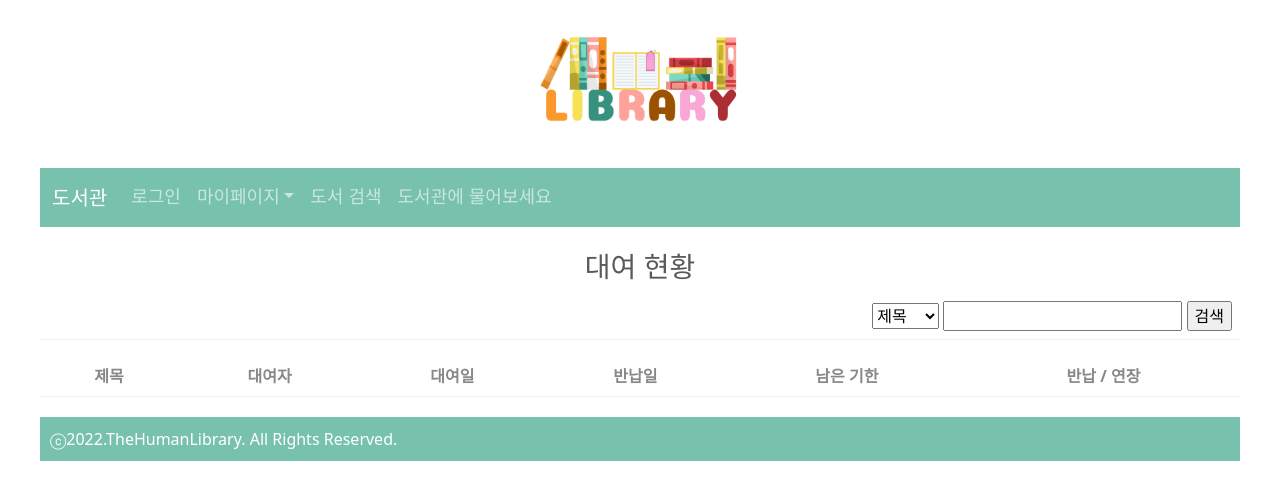
Repository: ahnbin00/Library
Page: http://localhost/BookRental/WEB-INF/book/manageRentalList.jsp
The author's editor kept a copy of each file at every save. The page is drawn from the files as they stood at one save, then again after the next save.
The browser window is 1280 px wide. The pictures show the whole page.
Some web fonts or font styles are not loaded; a fallback is used. Some web libraries are served in a nearby version. The page is served by Tomcat 9. Nobody is signed in. Other server files are loaded and not shown. The template is opened directly, without the code that normally fills it, so the values that code supplies are empty.

Above is the page before, as saved 2022-12-22 06:48:59.

### BookRental/src/main/webapp/WEB-INF/book/manageRentalList.jsp
<%@page import="java.util.List"%>

<%@ page language="java" contentType="text/html; charset=UTF-8"
   pageEncoding="UTF-8"%>
    <%@ taglib prefix="c" uri="http://java.sun.com/jsp/jstl/core" %>
<!DOCTYPE html>
<html>
<head>
<meta charset="UTF-8">
<link rel="stylesheet"
   href="resources/bootstrap.css">
   <link rel="stylesheet" href="https://cdn.jsdelivr.net/npm/bootstrap-icons@1.7.1/font/bootstrap-icons.css">
<title>대여 현황</title>
<style type="text/css">
@import url('https://fonts.googleapis.com/css2?family=Jua&display=swap');

</style>
</head>
<body style="width:1200px; text-align:center; margin: 0 auto;">

	<header>
		<h1 style="text-align: center; padding-top: 30px; padding-bottom: 30px;"><img alt="로고" src="resources/logo.png" width="200px" height="100px"></h1>
	</header>

	<nav>
		<%@ include file="/WEB-INF/book/banner.jsp" %>
   	</nav>
   <br>

   <h3>대여 현황</h3>

   <!-- 검색 시작 -->
   <form action="getRentalList.do" method="get">
      <table class="table">
         <tr>
            <td align="right">
               <select name="searchCondition">
                  <option value="TITLE">제목</option>
                  <option value="ID">아이디</option>
                  <option value="ISBN">ISBN</option>
               </select>
               <input type="text" name="searchKeyword">
               <input type="submit" value="검색">
            </td>
         </tr>
      </table>
   </form>

   <!-- 목록 출력 -->
   <table class="table">
      <tr>
      <th>제목</th>
      <th>대여자</th>
      <th>대여일</th>
      <th>반납일</th>
      <th>남은 기한</th>
      <th>반납 / 연장</th>
      </tr>
      <c:forEach var="rentalList" items="${rentalList }">
         <tr>
               <td>${rentalList.title }</td>
               <td>${rentalList.id }</td>
               <td>${rentalList.rentday }</td>
               <td>${rentalList.returnday }</td>
               		<c:choose>
						<c:when test="${rentalList.restday >= 0}">
							<td>${rentalList.restday } 일</td>
							 <td>
				                <button type="button" class="btn btn-danger" onclick="location.href='deleteRental.do?rentalseq=${rentalList.rentalseq}&isbn=${rentalList.isbn}'">반납</button>
				                <button type="button" class="btn btn-warning" onclick="location.href='extendRental.do?rentalseq=${rentalList.rentalseq}'">연장</button>
				             </td>
						</c:when>
						<c:otherwise>
							<td style="color: red;">${rentalList.restday } 일(연체)</td>
							<td>
				                <button type="button" class="btn btn-danger" onclick="location.href='deleteRental.do?rentalseq=${rentalList.rentalseq}&isbn=${rentalList.isbn}'">반납</button>
				             </td>
						</c:otherwise>
					</c:choose>
          </tr>
       </c:forEach>
   </table>
   </div>

   <%@ include file="/WEB-INF/book/footer.jsp" %>
</body>
</html>

### BookRental/src/main/webapp/WEB-INF/book/banner.jsp
<%@ page language="java" contentType="text/html; charset=UTF-8"
   pageEncoding="UTF-8"%>
<%@ taglib prefix="c" uri="http://java.sun.com/jsp/jstl/core" %>
<!DOCTYPE html>
<html>
<head>
<meta charset="UTF-8">
<link rel="stylesheet"
   href="../resources/bootstrap.css">
   <script src="https://cdn.jsdelivr.net/npm/bootstrap@5.2.2/dist/js/bootstrap.bundle.min.js" integrity="sha384-OERcA2EqjJCMA+/3y+gxIOqMEjwtxJY7qPCqsdltbNJuaOe923+mo//f6V8Qbsw3" crossorigin="anonymous"></script>
<title>상단 메인 배너</title>
<style type="text/css">
@import url('https://fonts.googleapis.com/css2?family=Jua&display=swap');
body ul, a{
font-family: 'Jua', sans-serif;
}
</style>
</head>
<body style="width:1200px;">
<nav class="navbar navbar-expand-lg navbar-dark bg-primary">
  <div class="container-fluid">
    <a class="navbar-brand" href="index.do">도서관</a>
    <button class="navbar-toggler" type="button" data-bs-toggle="collapse" data-bs-target="#navbarColor01" aria-controls="navbarColor01" aria-expanded="false" aria-label="Toggle navigation">
      <span class="navbar-toggler-icon"></span>
    </button>
    <div class="collapse navbar-collapse" id="navbarColor01">
      <ul class="navbar-nav me-auto">
        <li class="nav-item">
        <c:choose>
         <c:when test="${empty id }">
            <a class="nav-link" href="login.do" style="font-size:18px">로그인
            <span class="visually-hidden">(current)</span>
             </a>
         </c:when>
         <c:otherwise>
             <a class="nav-link" href="logout.do" style="font-size:18px">로그아웃
             <span class="visually-hidden">(current)</span>
             </a>
         </c:otherwise>
         </c:choose>
         <c:if test="${id eq 'admin' }">
        	<li class="nav-item">
			<a class="nav-link" href="getMemberList.do">회원 관리</a>
			</li>
			<li class="nav-item">
			<a class="nav-link" href="getBookListManage.do">도서 관리</a>
			</li>
			<li class="nav-item">
			<a class="nav-link" href="getRentalList.do">대여 현황</a>
			</li>
			<li class="nav-item">
			<a class="nav-link" href="getQnaListManage.do">도서관에 물어보세요</a>
			</li>
         </c:if>
        </li>
        <c:if test="${id ne 'admin' }">
        <li class="nav-item dropdown">
          <a class="nav-link dropdown-toggle" data-bs-toggle="dropdown" role="button" aria-haspopup="true" aria-expanded="false" style="font-size:18px">마이페이지</a>
          <div class="dropdown-menu">
             <c:choose>
             <c:when test="${empty id }">
             <a class="dropdown-item" href="login.do" style="font-size:18px">회원정보수정</a>
            <a class="dropdown-item" href="login.do" style="font-size:18px">회원대출정보</a>
             </c:when>
             <c:otherwise>
             <a class="dropdown-item" href="getMember.do?id=${id}" style="font-size:18px">회원정보수정</a>
            <a class="dropdown-item" href="memberRental.do?id=${id}" style="font-size:18px">회원대출정보</a>
             </c:otherwise>
             </c:choose>
          </div>
        </li>
        <li class="nav-item">
          <a class="nav-link" href="getBookList.do" style="font-size:18px">도서 검색</a>
        </li>
        <li class="nav-item">
          <a class="nav-link" href="getQnaList.do" style="font-size:18px">도서관에 물어보세요</a>
        </li>
      </ul>
      </c:if>
<!--       <form class="d-flex"> -->
<!--         <input class="form-control me-sm-2" type="text" placeholder="Search"> -->
<!--         <button class="btn btn-secondary my-2 my-sm-0" type="submit">Search</button> -->
<!--       </form> -->
    </div>
  </div>
</nav>

</body>
</html>

### BookRental/src/main/webapp/WEB-INF/book/footer.jsp
<%@ page language="java" contentType="text/html; charset=UTF-8"
    pageEncoding="UTF-8"%>
<!DOCTYPE html>
<html>
<head>
<meta charset="UTF-8">
<title>Insert title here</title>
<style type="text/css">
footer{
margin-top: 20px;
padding: 10px;
width: 1200px;
background-color: #78c2ad;
text-align: left;
color: white;
}
</style>
</head>
<body>

   <footer>
		ⓒ2022.TheHumanLibrary. All Rights Reserved.
   </footer>

</body>
</html>

Loaded but not shown: BookRental/src/main/webapp/resources/bootstrap.css (library)

After the next save:
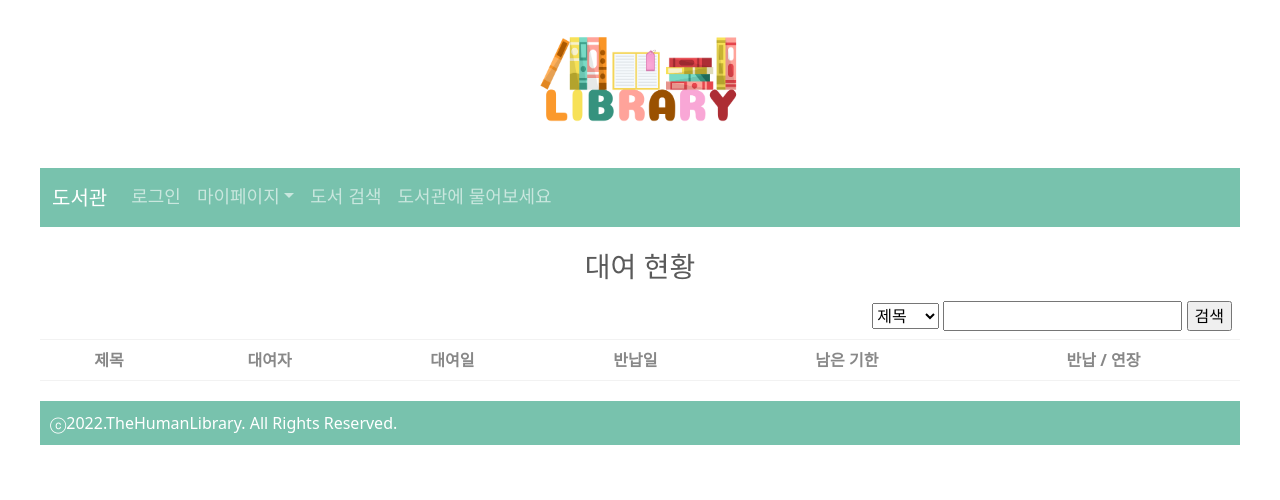
Saved 15 s later.
--- a/BookRental/src/main/webapp/WEB-INF/book/manageRentalList.jsp
+++ b/BookRental/src/main/webapp/WEB-INF/book/manageRentalList.jsp
@@ -31,7 +31,7 @@
 
    <!-- 검색 시작 -->
    <form action="getRentalList.do" method="get">
-      <table class="table">
+      <table class="table" style="width:1200px; text-align:center; margin: 0 auto;">
          <tr>
             <td align="right">
                <select name="searchCondition">

After the 2 saves that followed:
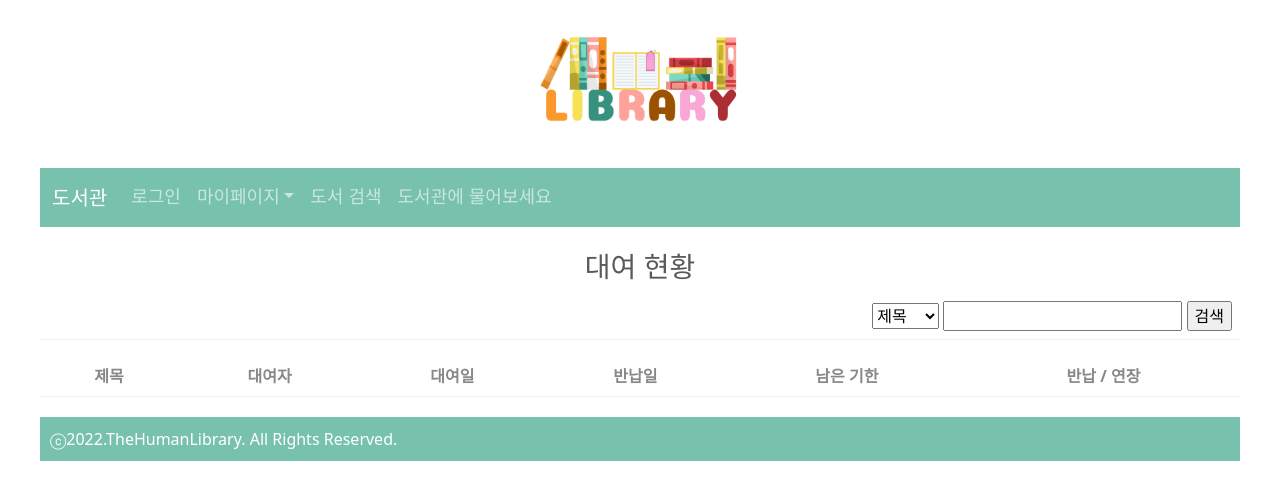
The 2 saves are shown as one change because they came seconds apart.
The last was saved 37 s later.
--- a/BookRental/src/main/webapp/WEB-INF/book/manageRentalList.jsp
+++ b/BookRental/src/main/webapp/WEB-INF/book/manageRentalList.jsp
@@ -31,7 +31,7 @@
 
    <!-- 검색 시작 -->
    <form action="getRentalList.do" method="get">
-      <table class="table" style="width:1200px; text-align:center; margin: 0 auto;">
+      <table class="table">
          <tr>
             <td align="right">
                <select name="searchCondition">
